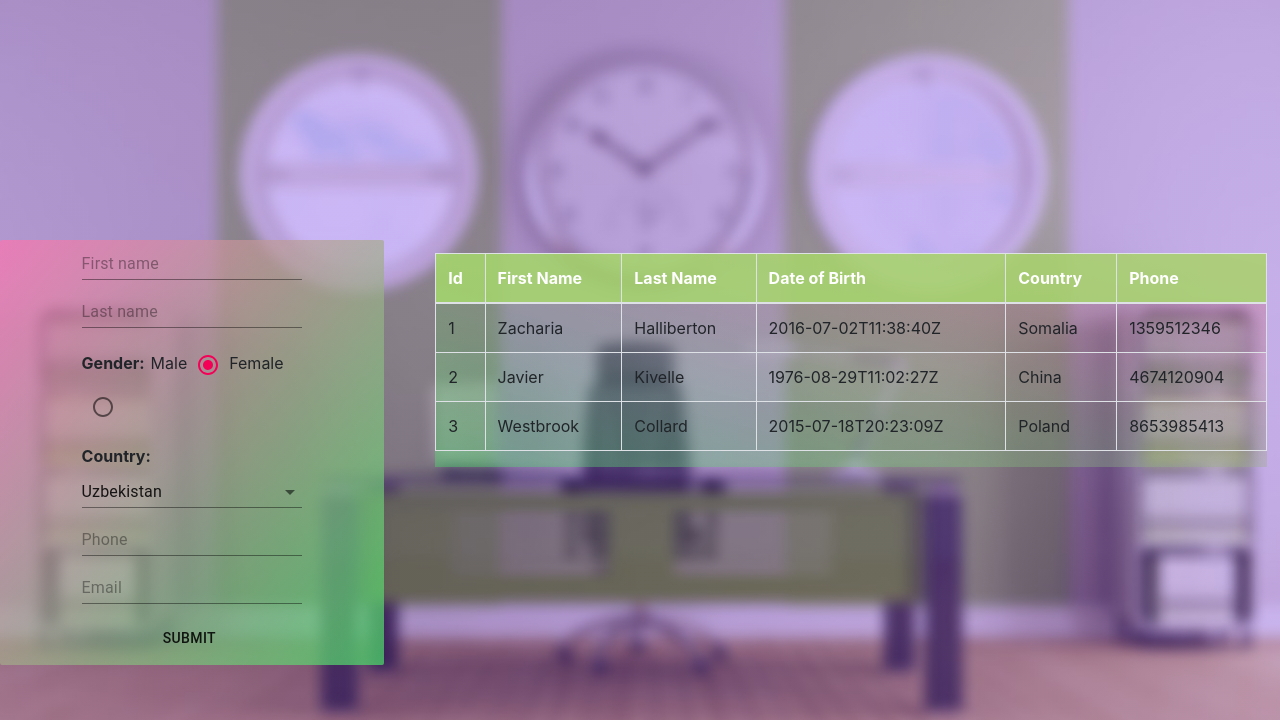
Repository: abrorsaidov/table-table
Page: /
These files come from the project's save history. The page is drawn as it stood at one moment and after the next save; the edit follows.
The browser window is 1280 px wide. The pictures show the whole page.
The project was rebuilt for these pictures with package versions that can differ from the ones it lists, and the page was loaded fresh each time. Also part of the build but not shown: src/components/ComponentC.js.

Above is the page before, as saved 2020-12-05 01:19:38.

### src/App.js
import React, { useContext } from 'react';
import './App.css';
import UserContext from './components/userContext';
import State from './components/state';
import ComponentC from './components/ComponentC';
import Forms from './components/Forms';
import MyTable from './components/MyTable';

function App() {
    return (
        <State>
            <div className='App'>
                <Forms />
                <MyTable />
            </div>
        </State>
    );
}

export default App;

### src/App.css
@import url("https://fonts.googleapis.com/css2?family=Nunito+Sans:wght@200&display=swap");

* {
  margin: 0;
  padding: 0;
}

body {
  background: linear-gradient(
      to bottom right,
      rgba(104, 37, 238, 0.3),
      rgba(104, 37, 238, 0.3)
    ),
    url("../src/office.jpg");
  background-attachment: fixed;
  background-repeat: no-repeat;
  font-family: "Nunito Sans", sans-serif;
  background-size: cover;
}

.form-wrapper {
  background: linear-gradient(
    to bottom right,
    rgba(255, 114, 175, 0.7),
    rgba(75, 226, 105, 0.7)
  );
  display: flex;
  flex-direction: column;
  justify-content: center;
  align-items: center;
  width: 30%;
  left: 10%;
  border-radius: 2px;
  margin-top: 15em;
  /* transform: translateY(50%); */
  padding: 0.5em;
}

.text {
  width: 60%;
}
.text .country {
  display: flex;
  justify-content: space-between;
}
.text {
  margin-bottom: 1em;
}
label.main {
  font-weight: bold;
  margin-right: 6px;
}

.submit-btn {
  background: rgba(129, 232, 27, 0.912);
  width: 60%;
  text-align: center;
  border-radius: 7px;
}
small.error {
  display: block;
  color: red;
}
small.hide {
  color: red;
  display: none;
}

option {
  cursor: pointer;
}

.inputs {
  width: 100%;
}

.myTable {
  background: linear-gradient(
    to top right,
    rgba(75, 226, 105, 0.4),
    rgba(255, 114, 175, 0.337)
  );
  position: absolute;
  width: 65%;
  top: 50%;
  transform: translateY(-50%);
  right: 1%;
  /* justify-content: center;
  display: flex; */
}

thead {
  background: rgba(165, 216, 106, 0.83);
  color: white;
}

### src/components/state.js
import React, { useReducer } from 'react';
import reducer from './reducer';
import UserContext from './userContext';

const State = props => {
    const initialState = {
        loading: false,
    };

    const [state, dispatch] = useReducer(reducer, initialState);

    const setLoading = () => {
        dispatch({
            type: 'LOADING',
        });
    };

    const clearLoading = () => {
        dispatch({
            type: 'CLEAR_LOADING',
        });
    };

    return (
        <UserContext.Provider
            value={{ loading: state.loading, setLoading, clearLoading }}
        >
            {props.children}
        </UserContext.Provider>
    );
};

export default State;

### src/components/Forms.js
import React from "react";
import { Formik, Field, Form } from "formik";
import { TextField, Button, Radio, Select } from "@material-ui/core";
import * as Yup from "yup";
import { useField } from "formik";
import { StoreMallDirectory } from "@material-ui/icons";

const phoneRegExp = /^((\\+[1-9]{1,4}[ \\-]*)|(\\([0-9]{2,3}\\)[ \\-]*)|([0-9]{2,4})[ \\-]*)*?[0-9]{3,4}?[ \\-]*[0-9]{3,4}?$/;

const formSchema = Yup.object().shape({
  first_name: Yup.string().required("First name required"),
  last_name: Yup.string().required("Last name required"),
  phone: Yup.string()
    .required("Enter your phone")
    .matches(phoneRegExp, "Phone number is not valid"),
  email: Yup.string().required("Email required").email(),
});

const initialValues = {
  first_name: "",
  last_name: "",
  gender: "male",
  country: "Uzbekistan",
  phone: "",
  email: "",
};
const nameField = (e) => {
  console.log(e.target.value);
};

const Forms = (props) => {
  return (
    <Formik
      initialValues={initialValues}
      validationSchema={formSchema}
      onSubmit={(data) => console.log(data)}
    >
      {({ handleSubmit, errors, touched }) => {
        return (
          <Form className={"form-wrapper"} onSubmit={handleSubmit}>
            <div className={"text names"}>
              <Field
                className={"inputs"}
                onChange={nameField}
                placeholder="First name"
                name="first_name"
                type="input"
                as={TextField}
              />
              {errors.first_name && touched.first_name && (
                <small className={"error"}>{errors.first_name}</small>
              )}
            </div>
            <div className={"text names"}>
              <Field
                className={"inputs"}
                placeholder="Last name"
                name="last_name"
                type="input"
                as={TextField}
              />
              {errors.last_name && touched.last_name && (
                <small className={"error"}>{errors.last_name}</small>
              )}
            </div>
            <div className={"text gender"}>
              <label className={"main"} htmlFor="gender">
                Gender:{" "}
              </label>
              <label htmlFor="male">Male</label>
              <Field name="gender" type="radio" value="male" as={Radio} />
              <label htmlFor="female">Female</label>
              <Field name="gender" type="radio" value="female" as={Radio} />
            </div>
            <div className={"text country"}>
              <label className={"main"} htmlFor="country">
                Country:{" "}
              </label>
              <Field
                className={"inputs"}
                name="country"
                type="select"
                as={Select}
              >
                <option value="Afganistan">Afghanistan</option>
                <option value="Albania">Albania</option>
                <option value="Algeria">Algeria</option>
                <option value="American Samoa">American Samoa</option>
                <option value="Andorra">Andorra</option>
                <option value="Angola">Angola</option>
                <option value="Anguilla">Anguilla</option>
                <option value="Antigua & Barbuda">Antigua & Barbuda</option>
                <option value="Argentina">Argentina</option>
                <option value="Armenia">Armenia</option>
                <option value="Aruba">Aruba</option>
                <option value="Australia">Australia</option>
                <option value="Austria">Austria</option>
                <option value="Azerbaijan">Azerbaijan</option>
                <option value="Bahamas">Bahamas</option>
                <option value="Bahrain">Bahrain</option>
                <option value="Bangladesh">Bangladesh</option>
                <option value="Barbados">Barbados</option>
                <option value="Belarus">Belarus</option>
                <option value="Belgium">Belgium</option>
                <option value="Belize">Belize</option>
                <option value="Benin">Benin</option>
                <option value="Bermuda">Bermuda</option>
                <option value="Bhutan">Bhutan</option>
                <option value="Bolivia">Bolivia</option>
                <option value="Bonaire">Bonaire</option>
                <option value="Bosnia & Herzegovina">
                  Bosnia & Herzegovina
                </option>
                <option value="Botswana">Botswana</option>
                <option value="Brazil">Brazil</option>
                <option value="British Indian Ocean Ter">
                  British Indian Ocean Ter
                </option>
                <option value="Brunei">Brunei</option>
                <option value="Bulgaria">Bulgaria</option>
                <option value="Burkina Faso">Burkina Faso</option>
                <option value="Burundi">Burundi</option>
                <option value="Cambodia">Cambodia</option>
                <option value="Cameroon">Cameroon</option>
                <option value="Canada">Canada</option>
                <option value="Canary Islands">Canary Islands</option>
                <option value="Cape Verde">Cape Verde</option>
                <option value="Cayman Islands">Cayman Islands</option>
                <option value="Central African Republic">
                  Central African Republic
                </option>
                <option value="Chad">Chad</option>
                <option value="Channel Islands">Channel Islands</option>
                <option value="Chile">Chile</option>
                <option value="China">China</option>
                <option value="Christmas Island">Christmas Island</option>
                <option value="Cocos Island">Cocos Island</option>
                <option value="Colombia">Colombia</option>
                <option value="Comoros">Comoros</option>
                <option value="Congo">Congo</option>
                <option value="Cook Islands">Cook Islands</option>
                <option value="Costa Rica">Costa Rica</option>
                <option value="Cote DIvoire">Cote DIvoire</option>
                <option value="Croatia">Croatia</option>
                <option value="Cuba">Cuba</option>
                <option value="Curaco">Curacao</option>
                <option value="Cyprus">Cyprus</option>
                <option value="Czech Republic">Czech Republic</option>
                <option value="Denmark">Denmark</option>
                <option value="Djibouti">Djibouti</option>
                <option value="Dominica">Dominica</option>
                <option value="Dominican Republic">Dominican Republic</option>
                <option value="East Timor">East Timor</option>
                <option value="Ecuador">Ecuador</option>
                <option value="Egypt">Egypt</option>
                <option value="El Salvador">El Salvador</option>
                <option value="Equatorial Guinea">Equatorial Guinea</option>
                <option value="Eritrea">Eritrea</option>
                <option value="Estonia">Estonia</option>
                <option value="Ethiopia">Ethiopia</option>
                <option value="Falkland Islands">Falkland Islands</option>
                <option value="Faroe Islands">Faroe Islands</option>
                <option value="Fiji">Fiji</option>
                <option value="Finland">Finland</option>
                <option value="France">France</option>
                <option value="French Guiana">French Guiana</option>
                <option value="French Polynesia">French Polynesia</option>
                <option value="French Southern Ter">French Southern Ter</option>
                <option value="Gabon">Gabon</option>
                <option value="Gambia">Gambia</option>
                <option value="Georgia">Georgia</option>
                <option value="Germany">Germany</option>
                <option value="Ghana">Ghana</option>
                <option value="Gibraltar">Gibraltar</option>
                <option value="Great Britain">Great Britain</option>
                <option value="Greece">Greece</option>
                <option value="Greenland">Greenland</option>
                <option value="Grenada">Grenada</option>
                <option value="Guadeloupe">Guadeloupe</option>
                <option value="Guam">Guam</option>
                <option value="Guatemala">Guatemala</option>
                <option value="Guinea">Guinea</option>
                <option value="Guyana">Guyana</option>
                <option value="Haiti">Haiti</option>
                <option value="Hawaii">Hawaii</option>
                <option value="Honduras">Honduras</option>
                <option value="Hong Kong">Hong Kong</option>
                <option value="Hungary">Hungary</option>
                <option value="Iceland">Iceland</option>
                <option value="Indonesia">Indonesia</option>
                <option value="India">India</option>
                <option value="Iran">Iran</option>
                <option value="Iraq">Iraq</option>
                <option value="Ireland">Ireland</option>
                <option value="Isle of Man">Isle of Man</option>
                <option value="Israel">Israel</option>
                <option value="Italy">Italy</option>
                <option value="Jamaica">Jamaica</option>
                <option value="Japan">Japan</option>
                <option value="Jordan">Jordan</option>
                <option value="Kazakhstan">Kazakhstan</option>
                <option value="Kenya">Kenya</option>
                <option value="Kiribati">Kiribati</option>
                <option value="Korea North">Korea North</option>
                <option value="Korea Sout">Korea South</option>
                <option value="Kuwait">Kuwait</option>
                <option value="Kyrgyzstan">Kyrgyzstan</option>
                <option value="Laos">Laos</option>
                <option value="Latvia">Latvia</option>
                <option value="Lebanon">Lebanon</option>
                <option value="Lesotho">Lesotho</option>
                <option value="Liberia">Liberia</option>
                <option value="Libya">Libya</option>
                <option value="Liechtenstein">Liechtenstein</option>
                <option value="Lithuania">Lithuania</option>
                <option value="Luxembourg">Luxembourg</option>
                <option value="Macau">Macau</option>
                <option value="Macedonia">Macedonia</option>
                <option value="Madagascar">Madagascar</option>
                <option value="Malaysia">Malaysia</option>
                <option value="Malawi">Malawi</option>
                <option value="Maldives">Maldives</option>
                <option value="Mali">Mali</option>
                <option value="Malta">Malta</option>
                <option value="Marshall Islands">Marshall Islands</option>
                <option value="Martinique">Martinique</option>
                <option value="Mauritania">Mauritania</option>
                <option value="Mauritius">Mauritius</option>
                <option value="Mayotte">Mayotte</option>
                <option value="Mexico">Mexico</option>
                <option value="Midway Islands">Midway Islands</option>
                <option value="Moldova">Moldova</option>
                <option value="Monaco">Monaco</option>
                <option value="Mongolia">Mongolia</option>
                <option value="Montserrat">Montserrat</option>
                <option value="Morocco">Morocco</option>
                <option value="Mozambique">Mozambique</option>
                <option value="Myanmar">Myanmar</option>
                <option value="Nambia">Nambia</option>
                <option value="Nauru">Nauru</option>
                <option value="Nepal">Nepal</option>
                <option value="Netherland Antilles">Netherland Antilles</option>
                <option value="Netherlands">
                  Netherlands (Holland, Europe)
                </option>
                <option value="Nevis">Nevis</option>
                <option value="New Caledonia">New Caledonia</option>
                <option value="New Zealand">New Zealand</option>
                <option value="Nicaragua">Nicaragua</option>
                <option value="Niger">Niger</option>
                <option value="Nigeria">Nigeria</option>
                <option value="Niue">Niue</option>
                <option value="Norfolk Island">Norfolk Island</option>
                <option value="Norway">Norway</option>
                <option value="Oman">Oman</option>
                <option value="Pakistan">Pakistan</option>
                <option value="Palau Island">Palau Island</option>
                <option value="Palestine">Palestine</option>
                <option value="Panama">Panama</option>
                <option value="Papua New Guinea">Papua New Guinea</option>
                <option value="Paraguay">Paraguay</option>
                <option value="Peru">Peru</option>
                <option value="Phillipines">Philippines</option>
                <option value="Pitcairn Island">Pitcairn Island</option>
                <option value="Poland">Poland</option>
                <option value="Portugal">Portugal</option>
                <option value="Puerto Rico">Puerto Rico</option>
                <option value="Qatar">Qatar</option>
                <option value="Republic of Montenegro">
                  Republic of Montenegro
                </option>
                <option value="Republic of Serbia">Republic of Serbia</option>
                <option value="Reunion">Reunion</option>
                <option value="Romania">Romania</option>
                <option value="Russia">Russia</option>
                <option value="Rwanda">Rwanda</option>
                <option value="St Barthelemy">St Barthelemy</option>
                <option value="St Eustatius">St Eustatius</option>
                <option value="St Helena">St Helena</option>
                <option value="St Kitts-Nevis">St Kitts-Nevis</option>
                <option value="St Lucia">St Lucia</option>
                <option value="St Maarten">St Maarten</option>
                <option value="St Pierre & Miquelon">
                  St Pierre & Miquelon
                </option>
                <option value="St Vincent & Grenadines">
                  St Vincent & Grenadines
                </option>
                <option value="Saipan">Saipan</option>
                <option value="Samoa">Samoa</option>
                <option value="Samoa American">Samoa American</option>
                <option value="San Marino">San Marino</option>
                <option value="Sao Tome & Principe">Sao Tome & Principe</option>
                <option value="Saudi Arabia">Saudi Arabia</option>
                <option value="Senegal">Senegal</option>
                <option value="Seychelles">Seychelles</option>
                <option value="Sierra Leone">Sierra Leone</option>
                <option value="Singapore">Singapore</option>
                <option value="Slovakia">Slovakia</option>
                <option value="Slovenia">Slovenia</option>
                <option value="Solomon Islands">Solomon Islands</option>
                <option value="Somalia">Somalia</option>
                <option value="South Africa">South Africa</option>
                <option value="Spain">Spain</option>
                <option value="Sri Lanka">Sri Lanka</option>
                <option value="Sudan">Sudan</option>
                <option value="Suriname">Suriname</option>
                <option value="Swaziland">Swaziland</option>
                <option value="Sweden">Sweden</option>
                <option value="Switzerland">Switzerland</option>
                <option value="Syria">Syria</option>
                <option value="Tahiti">Tahiti</option>
                <option value="Taiwan">Taiwan</option>
                <option value="Tajikistan">Tajikistan</option>
                <option value="Tanzania">Tanzania</option>
                <option value="Thailand">Thailand</option>
                <option value="Togo">Togo</option>
                <option value="Tokelau">Tokelau</option>
                <option value="Tonga">Tonga</option>
                <option value="Trinidad & Tobago">Trinidad & Tobago</option>
                <option value="Tunisia">Tunisia</option>
                <option value="Turkey">Turkey</option>
                <option value="Turkmenistan">Turkmenistan</option>
                <option value="Turks & Caicos Is">Turks & Caicos Is</option>
                <option value="Tuvalu">Tuvalu</option>
                <option value="Uganda">Uganda</option>
                <option value="United Kingdom">United Kingdom</option>
                <option value="Ukraine">Ukraine</option>
                <option value="United Arab Erimates">
                  United Arab Emirates
                </option>
                <option value="United States of America">
                  United States of America
                </option>
                <option value="Uraguay">Uruguay</option>
                <option value="Uzbekistan">Uzbekistan</option>
                <option value="Vanuatu">Vanuatu</option>
                <option value="Vatican City State">Vatican City State</option>
                <option value="Venezuela">Venezuela</option>
                <option value="Vietnam">Vietnam</option>
                <option value="Virgin Islands (Brit)">
                  Virgin Islands (Brit)
                </option>
                <option value="Virgin Islands (USA)">
                  Virgin Islands (USA)
                </option>
                <option value="Wake Island">Wake Island</option>
                <option value="Wallis & Futana Is">Wallis & Futana Is</option>
                <option value="Yemen">Yemen</option>
                <option value="Zaire">Zaire</option>
                <option value="Zambia">Zambia</option>
                <option value="Zimbabwe">Zimbabwe</option>
              </Field>
            </div>
            <div className={"text phone"}>
              <Field
                className={"inputs"}
                placeholder="Phone"
                name="phone"
                type="input"
                as={TextField}
              />
              {errors.phone && touched.phone && (
                <small className={"error"}>{errors.phone}</small>
              )}
            </div>
            <div className={"text email"}>
              <Field
                className={"inputs"}
                placeholder="Email"
                name="email"
                type="input"
                as={TextField}
              />
              {errors.email && touched.email && (
                <small className={"error"}>{errors.email}</small>
              )}
            </div>
            <div>
              <Button className={"submit-btn"} type={"submit"}>
                Submit
              </Button>
            </div>
          </Form>
        );
      }}
    </Formik>
  );
};
export default Forms;

### src/components/MyTable.js
import React, { useMemo } from "react";
import { useTable } from "react-table";
import MOCK_DATA from "./MOCK_DATA.json";
import { COLUMNS } from "./columns";
import { Table } from "react-bootstrap";
import "bootstrap/dist/css/bootstrap.min.css";

const MyTable = () => {
  const columns = useMemo(() => COLUMNS, []);
  const data = useMemo(() => MOCK_DATA, []);

  const tableInstance = useTable({
    columns,
    data,
  });

  const {
    getTableProps,
    getTableBodyProps,
    headerGroups,
    rows,
    prepareRow,
  } = tableInstance;

  return (
    <div className="myTable">
      <Table striped bordered hover className={""} {...getTableProps()}>
        <thead>
          {headerGroups.map((headerGroup) => (
            <tr {...headerGroup.getHeaderGroupProps()}>
              {headerGroup.headers.map((column) => (
                <th {...column.getHeaderProps()}>{column.render("Header")}</th>
              ))}
            </tr>
          ))}
        </thead>
        <tbody {...getTableBodyProps()}>
          {rows.map((row) => {
            prepareRow(row);
            return (
              <tr {...row.getRowProps()}>
                {row.cells.map((cell) => {
                  return (
                    <td {...cell.getCellProps()}>{cell.render("Cell")}</td>
                  );
                })}
              </tr>
            );
          })}
        </tbody>
      </Table>
    </div>
  );
};

export default MyTable;

### src/components/reducer.js
export default (state, action) => {
    switch (action.type) {
        case 'LOADING':
            return {
                ...state,
                loading: true,
            };
        case 'CLEAR_LOADING':
            return {
                ...state,
                loading: false,
            };
    }
};

### src/components/columns.js
export const COLUMNS = [
    {
        Header: 'Id',
        accessor: 'id',
    },
    {
        Header: 'First Name',
        accessor: 'first_name',
    },
    {
        Header: 'Last Name',
        accessor: 'last_name',
    },
    {
        Header: 'Date of Birth',
        accessor: 'date_of_birth',
    },
    {
        Header: 'Country',
        accessor: 'country',
    },
    {
        Header: 'Phone',
        accessor: 'phone',
    },
];

Loaded but not shown: public/index.html (common file); src/index.js (common file); src/index.css (common file); src/reportWebVitals.js (common file); src/components/userContext.js (common file); src/components/MOCK_DATA.json (32 lines, source omitted)

After the next save:
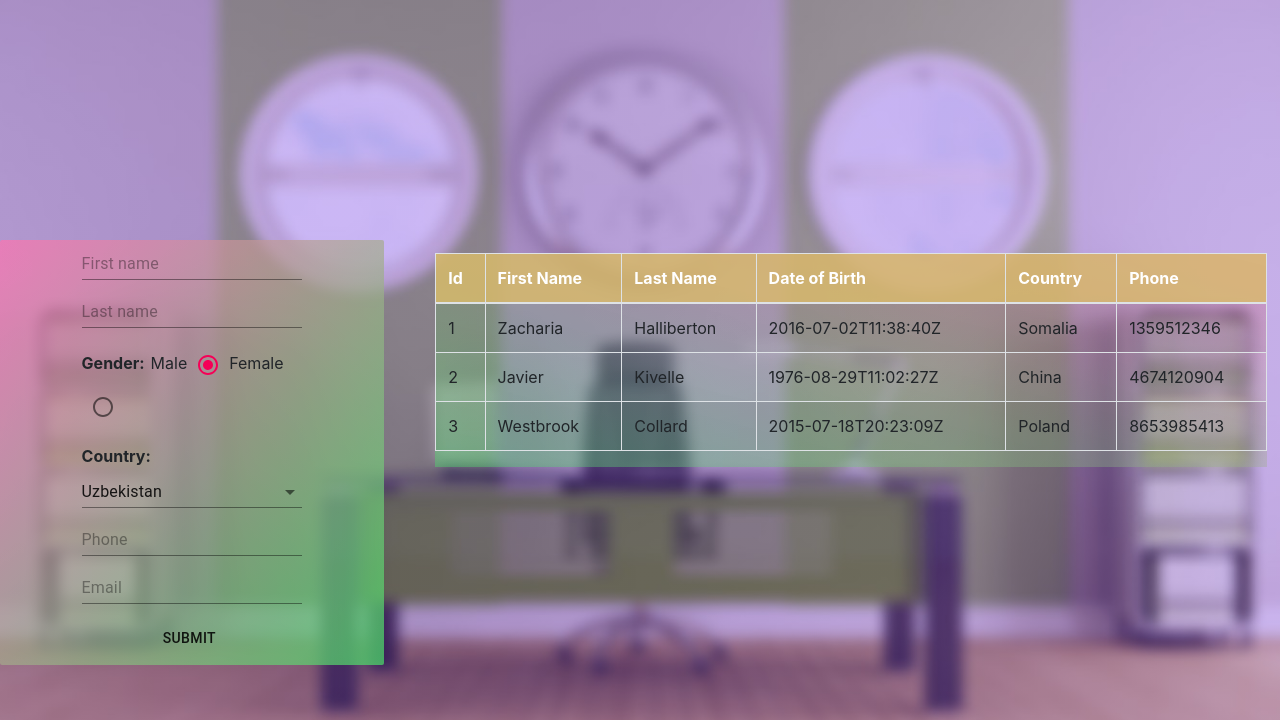
Saved 21 s later.
--- a/src/App.css
+++ b/src/App.css
@@ -90,6 +90,6 @@ option {
 }
 
 thead {
-  background: rgba(165, 216, 106, 0.83);
+  background: rgba(216, 185, 106, 0.83);
   color: white;
 }
